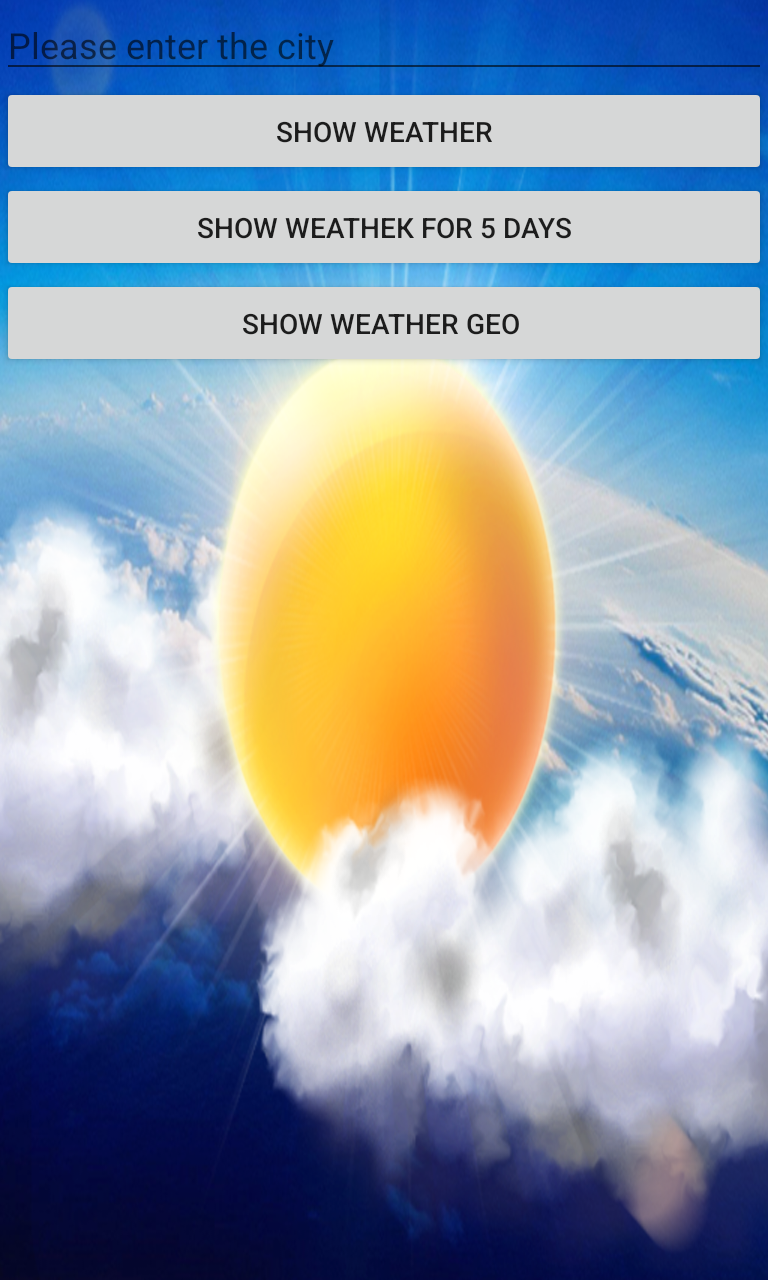
Repository: alexWr/weather-app
Layout: OpenWeatherT/res/layout/main.xml
These files come from the project's save history. The layout is drawn as it stood at one moment and after the next save; the edit follows.
It is drawn on a 768 x 1280 px phone screen (xhdpi) without system bars, with theme AppTheme; the app's code is not run.

Above is the layout before, as saved 2014-10-17 13:11:34.

### OpenWeatherT/res/layout/main.xml
<?xml version="1.0" encoding="utf-8"?>
<LinearLayout xmlns:android="http://schemas.android.com/apk/res/android"
    android:layout_width="fill_parent"
    android:layout_height="fill_parent"
    android:background="@drawable/ab"
    android:orientation="vertical"     >
    <EditText
		android:layout_width="match_parent"
	    android:layout_height="wrap_content"
	    android:layout_gravity="center"
	    android:hint="Please enter the city"
		android:id="@+id/etCity"
		/>
    <Button
		android:layout_width="match_parent"
		android:layout_height="wrap_content"
		android:layout_gravity="center"
		android:text="Show weather"
		android:id="@+id/btnSend"/>
    <Button
		android:layout_width="match_parent"
		android:layout_height="wrap_content"
		android:layout_gravity="center"
		android:text="Show weatheк for 5 days"
		android:id="@+id/btnSend2"/>
    <Button
		android:layout_width="match_parent"
		android:layout_height="wrap_content"
		android:layout_gravity="center"
		android:text="Show weather GEO "
		android:id="@+id/btnGeo"/>
	<TextView
        android:layout_width="wrap_content"
        android:layout_height="wrap_content"
        android:layout_gravity="center"
        android:id="@+id/tvTemp"/>
	<TextView
        android:layout_width="wrap_content"
        android:layout_height="wrap_content"
        android:layout_gravity="center"
        android:id="@+id/tvWeather"/>
	<TableLayout
		android:layout_height="wrap_content"
		android:layout_width="match_parent"
		android:id="@+id/tableLayout1">
		<TableRow
		    android:id="@+id/tableRow2"
			android:layout_width="wrap_content"
			android:layout_height="wrap_content">
			<TextView
        		android:layout_width="wrap_content"
        		android:layout_height="wrap_content"
        		android:layout_marginLeft="55dp"
        		android:id="@+id/tvDay1"
        		android:layout_weight="1" />
			<TextView
        		android:layout_width="wrap_content"
        		android:layout_height="wrap_content"
        		android:id="@+id/tvDay2"
        		android:layout_weight="1"/>
			<TextView
        		android:layout_width="wrap_content"
        		android:layout_height="wrap_content"
        		android:id="@+id/tvDay3"
        		android:layout_weight="1"/>
			<TextView
        		android:layout_width="wrap_content"
        		android:layout_height="wrap_content"
        		android:id="@+id/tvDay4"
        		android:layout_weight="1"/>
		</TableRow>
	</TableLayout>
</LinearLayout>

Loaded but not shown: OpenWeatherT/res/values/styles.xml (common file); OpenWeatherT/res/values-v11/styles.xml (common file); OpenWeatherT/res/values-v14/styles.xml (common file)

After the next save:
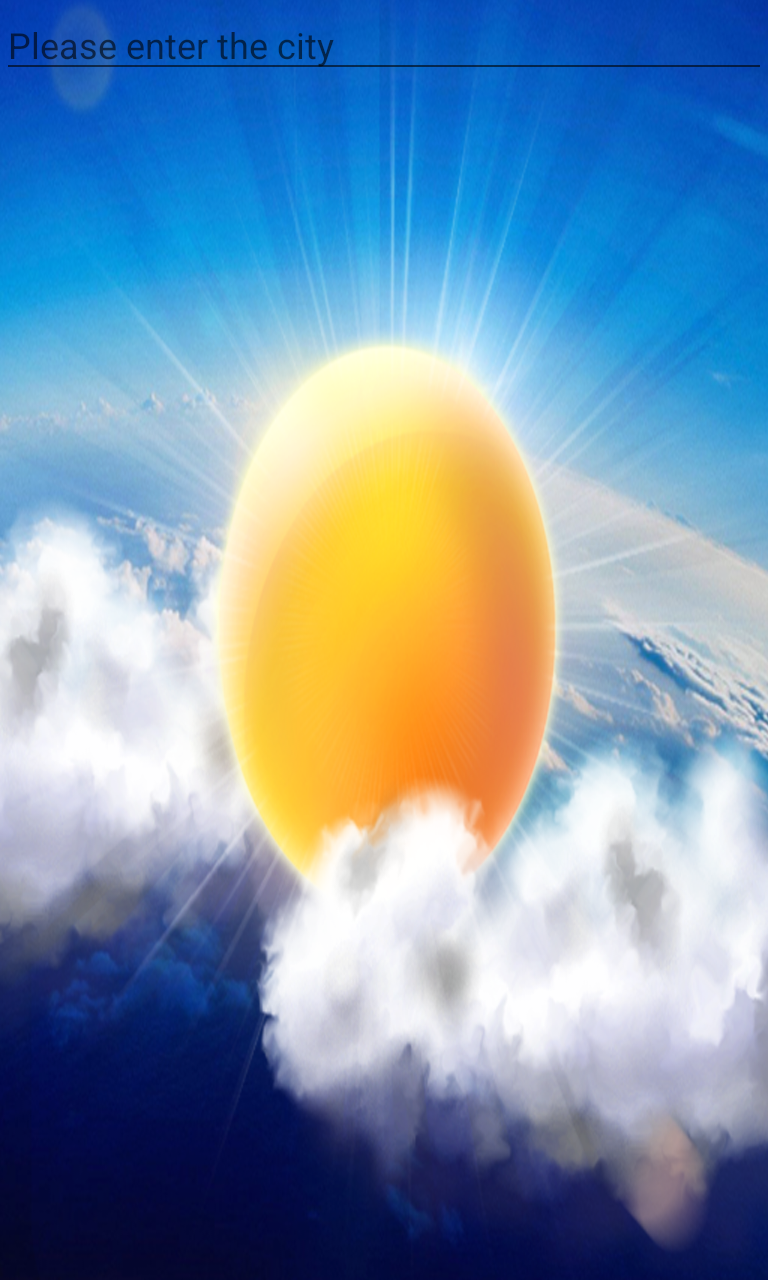
Saved 59 s later.
--- a/OpenWeatherT/res/layout/main.xml
+++ b/OpenWeatherT/res/layout/main.xml
@@ -11,24 +11,6 @@
 	    android:hint="Please enter the city"
 		android:id="@+id/etCity"
 		/>
-    <Button
-		android:layout_width="match_parent"
-		android:layout_height="wrap_content"
-		android:layout_gravity="center"
-		android:text="Show weather"
-		android:id="@+id/btnSend"/>
-    <Button
-		android:layout_width="match_parent"
-		android:layout_height="wrap_content"
-		android:layout_gravity="center"
-		android:text="Show weatheк for 5 days"
-		android:id="@+id/btnSend2"/>
-    <Button
-		android:layout_width="match_parent"
-		android:layout_height="wrap_content"
-		android:layout_gravity="center"
-		android:text="Show weather GEO "
-		android:id="@+id/btnGeo"/>
 	<TextView
         android:layout_width="wrap_content"
         android:layout_height="wrap_content"
